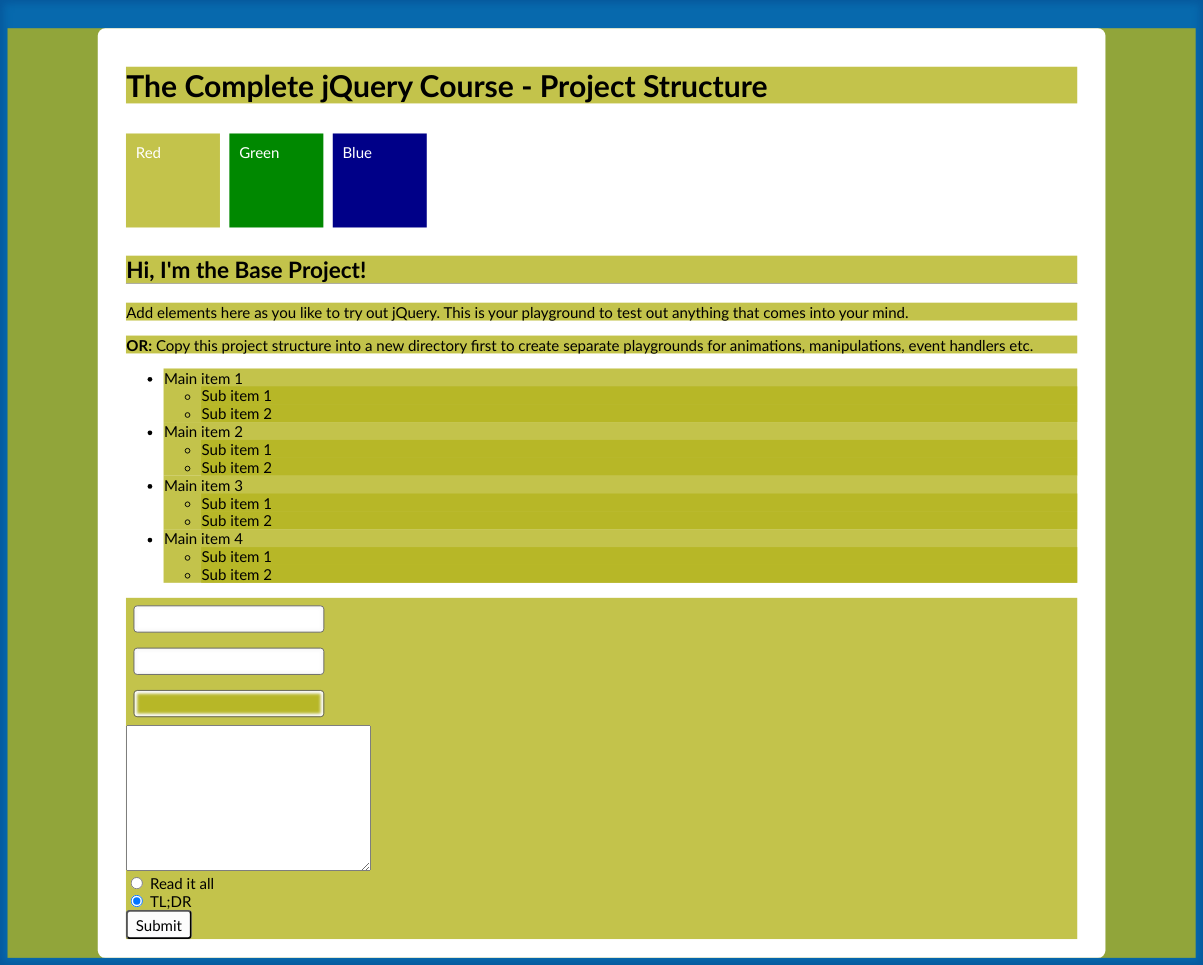
Repository: vpriyankaprabhu/Jquery-examples
Page: 05/add-remove-css-classes/index.html
These files come from the project's save history. The page is drawn as it stood at one moment and after the next save; the edit follows.
The browser window is 1280 px wide. The pictures show the whole page, at 94% of full size.

Above is the page before, as saved 2024-12-30 13:11:14.

### 05/add-remove-css-classes/index.html
<!DOCTYPE html>
<html lang="en">
<head>
  <meta charset="UTF-8">
  <script src="https://code.jquery.com/jquery-1.12.3.min.js" integrity="sha256-aaODHAgvwQW1bFOGXMeX+pC4PZIPsvn2h1sArYOhgXQ=" crossorigin="anonymous"></script>
  <script src="js/script.js"></script>
  <link rel="stylesheet" href="css/style.css">
  <title>The Complete jQuery Course - Project Structure</title>
</head>
<body>
  <div id="content">
    <h1>The Complete jQuery Course - Project Structure</h1>

    <div class="red-box">Red</div>
    <div class="green-box">Green</div>
    <div class="blue-box">Blue</div>
    <div class="clear"></div>

    <h2>Hi, I'm the Base Project!</h2>
    <p>Add elements here as you like to try out jQuery. This is your playground to test out anything that comes into your mind.</p>
    <p><strong>OR:</strong> Copy this project structure into a new directory first to create separate playgrounds for animations, manipulations, event handlers etc.</p>
    <!-- An unordered list with ID "list" -->
    <ul id="list">
      <li>Main item 1
        <ul>
          <li>Sub item 1</li>
          <li>Sub item 2</li>
        </ul></li>
      <li>Main item 2
        <ul>
          <li>Sub item 1</li>
          <li>Sub item 2</li>
        </ul></li>
      <li>Main item 3
        <ul>
          <li>Sub item 1</li>
          <li>Sub item 2</li>
        </ul></li>
      <li>Main item 4
        <ul>
          <li>Sub item 1</li>
          <li>Sub item 2</li>
        </ul></li>
    </ul>

    <!-- A form element without class or ID  -->
    <form action="">
      <input type="text"><br>
      <input type="email"><br>
      <input type="password"><br>
      <textarea name="message" id="message" cols="30" rows="10"></textarea><br>
      <input type="radio" name="toc" value="read" id="read"> <label for="read">Read it all</label> <br>
      <input type="radio" name="toc" value="tldr" checked> <label for="tldr">TL;DR</label> <br>
      <input type="submit" value="Submit">
    </form>
  </div>
</body>
</html>

### 05/add-remove-css-classes/js/script.js
$(function () {

  // NOTE: Some of the selectors below overlap. To see the exact effect of one
  // of them, please comment out all others.

  // Select the #list and find all <li> tags it contains
  // This contains even indirect children further down in the hierarchy
  var items = $("#list").find("li");
  highlight(items);

  // Select the #list and find only <li> that are *direct* children
  // Note that this will still produce a yellow background around the whole list
  // because the direct children <li> have enough height to contain their children
  // var children = $("#list").children("li");
  // highlight(children);

  // Search for even non-direct parents
  var body = $("#list").parents("body");
  highlight(body);

  // Select the (unique) direct parent of an element
  var content = $("#list").parent();
  // highlight(content);

  // Search through siblings on the same level in the HTML hierarchy
  var siblingHeadlines = $("#list").siblings(":header");
  highlight(siblingHeadlines);

  // Select the previous sibling of a selected element
  var previous = $("#list").prev();
  highlight(previous);

  // Select the next sibling of a selected element
  var next = $("#list").next();
  highlight(next);

  var headerNextElements = $(":header").next();
  highlight(headerNextElements);

  var passwordInputElements = $("input[type=password]");
  highlight(passwordInputElements);

});

// Helper function which highlights the given element with yellow background
function highlight(element) {
  element.css("background-color", "rgba(180, 180, 30, 0.8)");
}

### 05/add-remove-css-classes/css/style.css
.lightbox {
  position: absolute;
  top: 0;
  left: 0;
  display: none;
  width: 30%;
  height: 60%;
  padding: 15% 35% 25% 35%;
  color: #000000;
  background-color: rgba(200, 100, 0, 0.9);
  text-align: center;
  text-shadow: #333 0 1px 0; }

.red-box {
  float: left;
  width: 80px;
  height: 80px;
  margin: 10px 10px 10px 0;
  padding: 10px;
  color: #ffffff;
  background-color: #880000; }

.green-box {
  float: left;
  width: 80px;
  height: 80px;
  margin: 10px 10px 10px 0;
  padding: 10px;
  color: #ffffff;
  background-color: #008800; }

.blue-box {
  float: left;
  width: 80px;
  height: 80px;
  margin: 10px 10px 10px 0;
  padding: 10px;
  color: #ffffff;
  background-color: #000088; }

.large {
  font-size: 125%;
}

.emphasize {
  color: #666;
  font-style: italic;
}

fieldset {
  border-radius: 4px;
  -moz-border-radius: 4px;
  -webkit-border-radius: 4px; }

label {
  display: inline-block;
  min-width: 100px; }

input[type="text"], input[type="email"], input[type="password"], input[type="tel"] {
  margin: 8px;
  padding: 6px 12px;
  outline: none;
  border: 1px solid #666;
  border-radius: 4px;
  box-shadow: inset 0 0 3px 3px #fafafa; }

input[type="submit"] {
  font-family: "Trebuchet MS", Verdana, Arial, sans-serif;
  font-size: 16px;
  padding: 4px 8px;
  background-color: #fcfcfc;
  box-shadow: 0 0 1px 0 #aaa;
  -webkit-border-radius: 4px;
  -moz-border-radius: 4px;
  border-radius: 4px; }
  input[type="submit"]:hover {
    background-color: #f4f4f4;
    box-shadow: 0 0 1px 0 #ccc; }

html {
  min-height: 100%;
  background-color: #0769ad;
  box-shadow: 0 0 8px 4px #06599d inset; }

body {
  font-size: 16px;
  font-family: "Trebuchet MS", Verdana, Arial, sans-serif; }

.clear {
  clear: both; }

#content {
  overflow: auto;
  width: 80%;
  background-color: #fff;
  margin: 30px auto 0 auto;
  padding: 20px 30px;
  border-radius: 8px;
  -moz-border-radius: 8px;
  -webkit-border-radius: 8px; }

h1 {
  color: #000; }

h2 {
  border-bottom: 1px solid #aaa; }

#dashboard {
  position: absolute;
  width: 120px;
  height: 60%;
  left: -140px;
  top: 100px;
  padding: 20px;
  border-radius: 0 6px 6px 0;
  box-shadow: 0 0 3px 3px #f0f0f0;
  background-color: #999; }

.fancy-link {
  display: inline-block;
  text-decoration: none;
  color: #111199; }

.fancy-link:after {
  display: block;
  content: '';
  border-bottom: solid 1px #22a;
  transform: scaleX(0.0001);
  transition: transform 250ms ease-in-out; }

.fancy-link:hover:after {
  transform: scaleX(1); }

/*# sourceMappingURL=style.css.map */

After the next save:
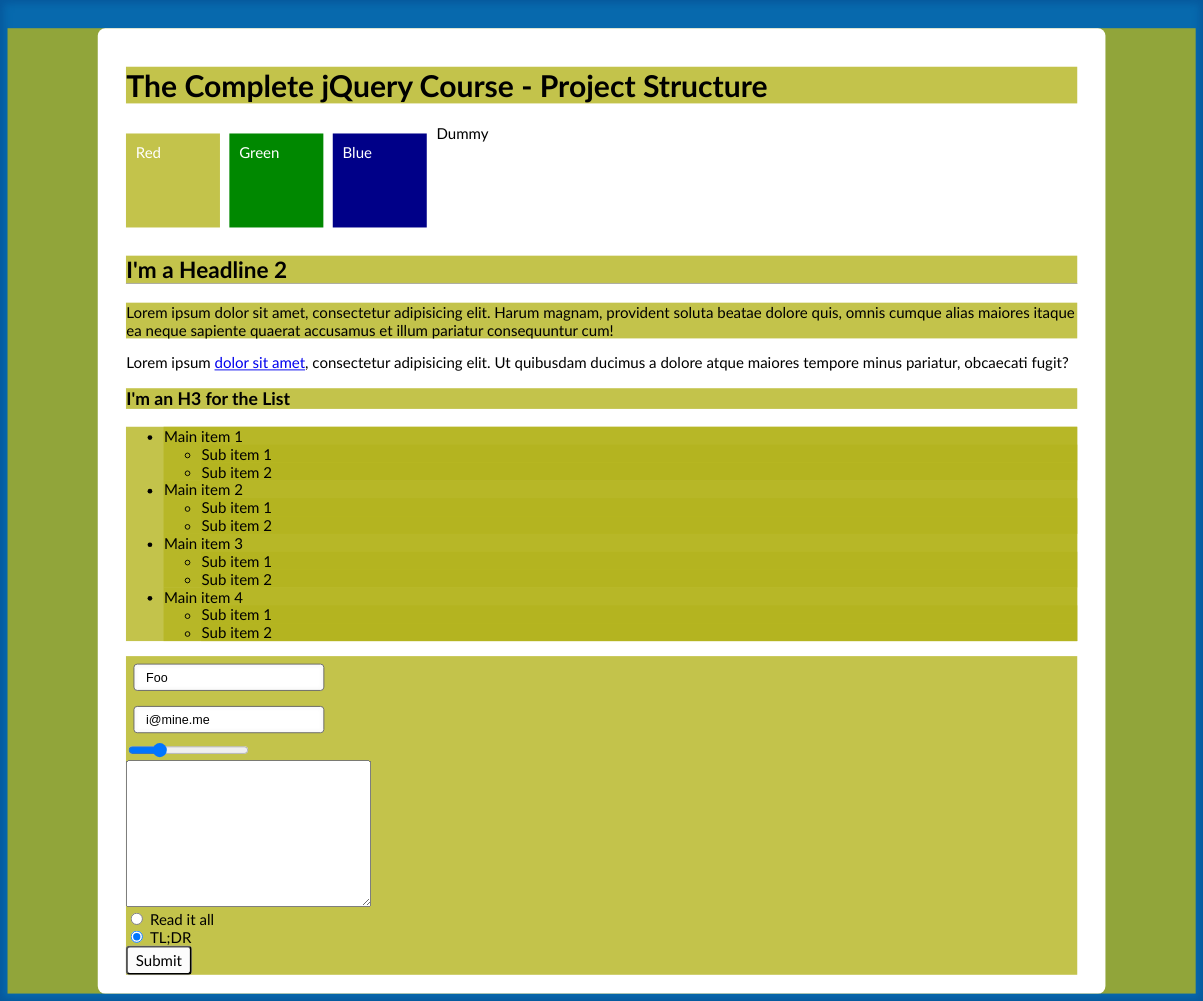
Saved 6 min 58 s later.
--- a/05/add-remove-css-classes/index.html
+++ b/05/add-remove-css-classes/index.html
@@ -5,7 +5,7 @@
   <script src="https://code.jquery.com/jquery-1.12.3.min.js" integrity="sha256-aaODHAgvwQW1bFOGXMeX+pC4PZIPsvn2h1sArYOhgXQ=" crossorigin="anonymous"></script>
   <script src="js/script.js"></script>
   <link rel="stylesheet" href="css/style.css">
-  <title>The Complete jQuery Course - Project Structure</title>
+  <title>The Complete jQuery Course - Course Code</title>
 </head>
 <body>
   <div id="content">
@@ -14,11 +14,14 @@
     <div class="red-box">Red</div>
     <div class="green-box">Green</div>
     <div class="blue-box">Blue</div>
+    <div class="dummy foo bar">Dummy</div>
     <div class="clear"></div>
 
-    <h2>Hi, I'm the Base Project!</h2>
-    <p>Add elements here as you like to try out jQuery. This is your playground to test out anything that comes into your mind.</p>
-    <p><strong>OR:</strong> Copy this project structure into a new directory first to create separate playgrounds for animations, manipulations, event handlers etc.</p>
+    <h2>I'm a Headline 2</h2>
+    <p>Lorem ipsum dolor sit amet, consectetur adipisicing elit. Harum magnam, provident soluta beatae dolore quis, omnis cumque alias maiores itaque ea neque sapiente quaerat accusamus et illum pariatur consequuntur cum!</p>
+    <p>Lorem ipsum <a id="link" title="An amazing link" href="/url">dolor sit amet</a>, consectetur adipisicing elit. Ut quibusdam ducimus a dolore atque maiores tempore minus pariatur, obcaecati fugit?</p>
+
+    <h3>I'm an H3 for the List</h3>
     <!-- An unordered list with ID "list" -->
     <ul id="list">
       <li>Main item 1
@@ -45,14 +48,13 @@
 
     <!-- A form element without class or ID  -->
     <form action="">
-      <input type="text"><br>
-      <input type="email"><br>
-      <input type="password"><br>
+      <input type="text" value="Foo"><br>
+      <input type="email" value="i@mine.me"><br>
+      <input type="range" min="1" max="10" value="3"><br>
       <textarea name="message" id="message" cols="30" rows="10"></textarea><br>
       <input type="radio" name="toc" value="read" id="read"> <label for="read">Read it all</label> <br>
       <input type="radio" name="toc" value="tldr" checked> <label for="tldr">TL;DR</label> <br>
       <input type="submit" value="Submit">
     </form>
-  </div>
 </body>
 </html>
